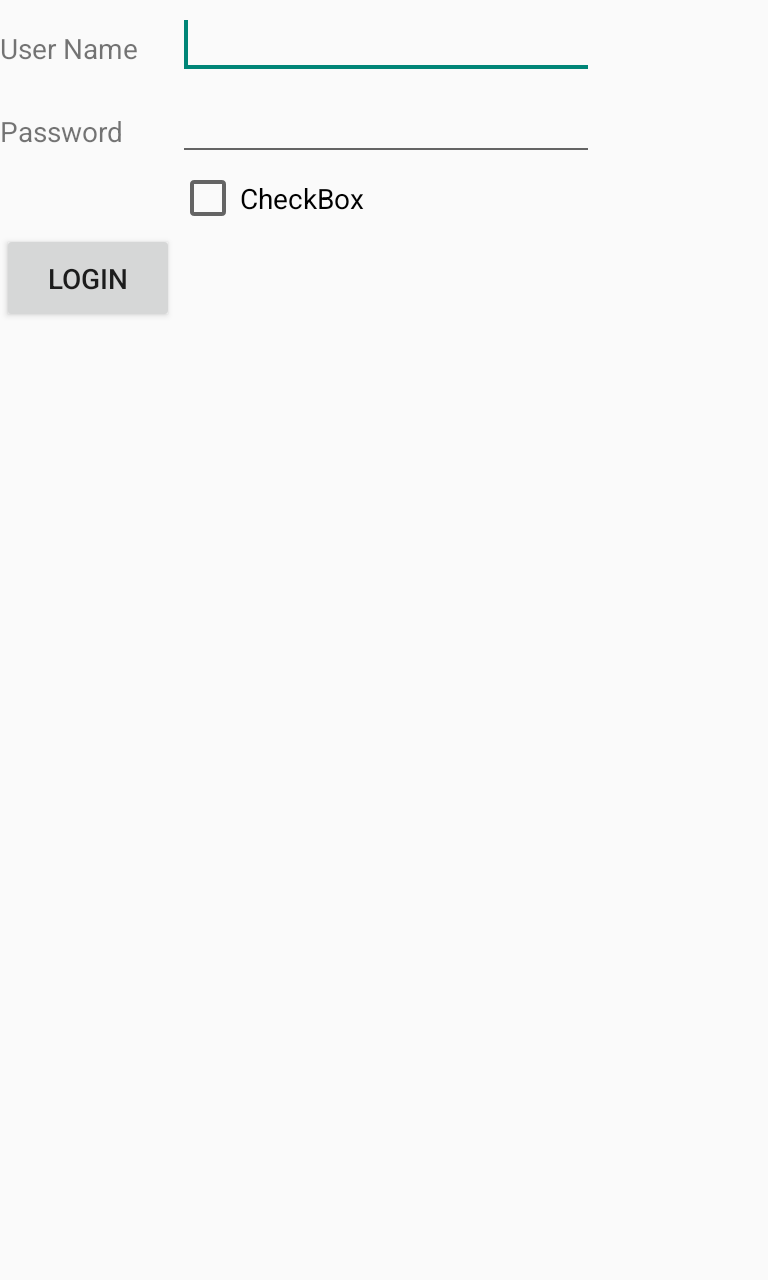
Repository: zieckey/androidworkspace
Layout: LoginTableLayout/res/layout/activity_main.xml
These files come from the project's save history. The layout is drawn as it stood at one moment and after the next save; the edit follows.
It is drawn on a 768 x 1280 px phone screen (xhdpi) without system bars, with theme AppTheme; the app's code is not run.

Above is the layout before, as saved 2014-09-07 08:57:04.

After the next save:
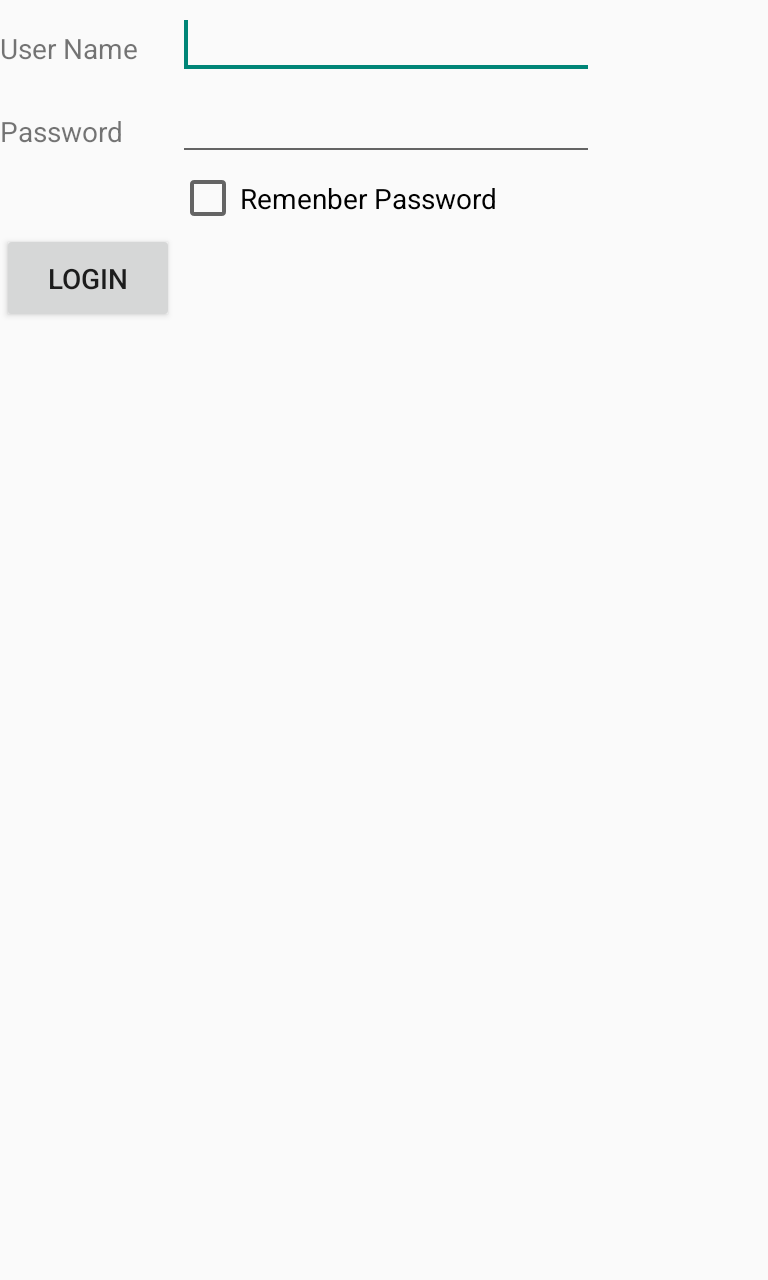
Saved 36 s later.
--- a/LoginTableLayout/res/layout/activity_main.xml
+++ b/LoginTableLayout/res/layout/activity_main.xml
@@ -38,7 +38,7 @@
             android:layout_height="wrap_content" >
 
             <TextView
-                android:id="@+id/password"
+                android:id="@+id/passwordLable"
                 android:layout_width="wrap_content"
                 android:layout_height="wrap_content"
                 android:text="Password" />
@@ -58,10 +58,10 @@
             android:layout_height="wrap_content" >
 			<TextView />
             <CheckBox
-                android:id="@+id/checkBox1"
+                android:id="@+id/checkRememberPassword"
                 android:layout_width="wrap_content"
                 android:layout_height="wrap_content"
-                android:text="CheckBox" />
+                android:text="Remenber Password" />
 
         </TableRow>
 
